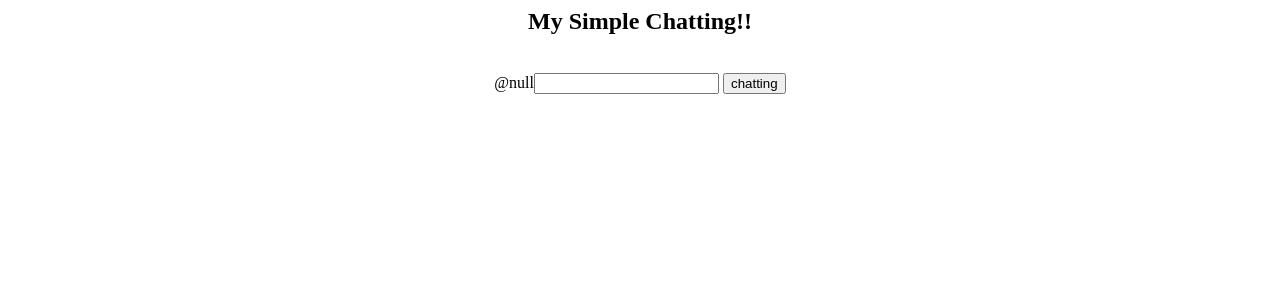
Repository: LTaeHoon/javajsp_ncs
Page: http://localhost/chap02_Directive_Object/exam/chatting_list.jsp
These files come from the project's save history. The page is drawn as it stood at one moment and after the next save; the edit follows.
The browser window is 1280 px wide. The pictures show the whole page.
The page is served by Tomcat 9.

Above is the page before, as saved 2017-01-16 05:05:56.

After the next save:
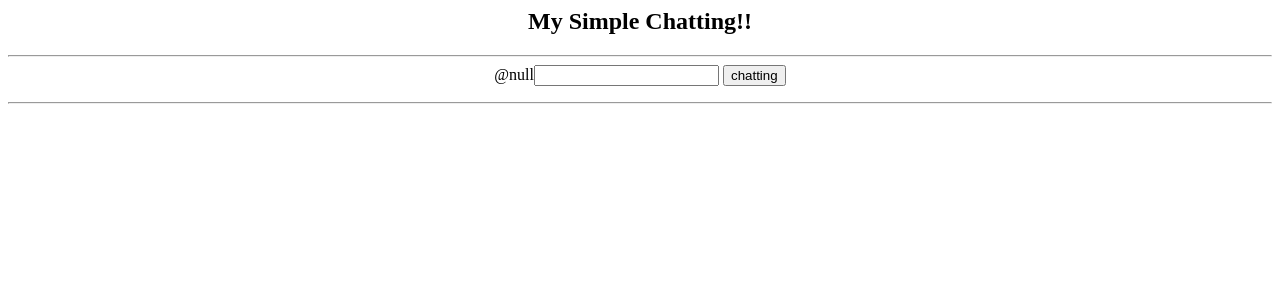
Saved 28 s later.
--- a/chap02_Directive_Object/WebContent/exam/chatting_list.jsp
+++ b/chap02_Directive_Object/WebContent/exam/chatting_list.jsp
@@ -9,12 +9,12 @@
 
 <div align="center">
 	<h2> My Simple Chatting!! </h2>
-	<br>
+	<hr>
 	<form method="post" action="chatting.jsp">
 	@<%=name%><input type="text" name = "msg"/>
 	<input type="submit" value="chatting"/>
 	</form>
-	<br>
+	<hr>
 	<%
 	if(application.getAttribute("msg")!=null){
 		%>
